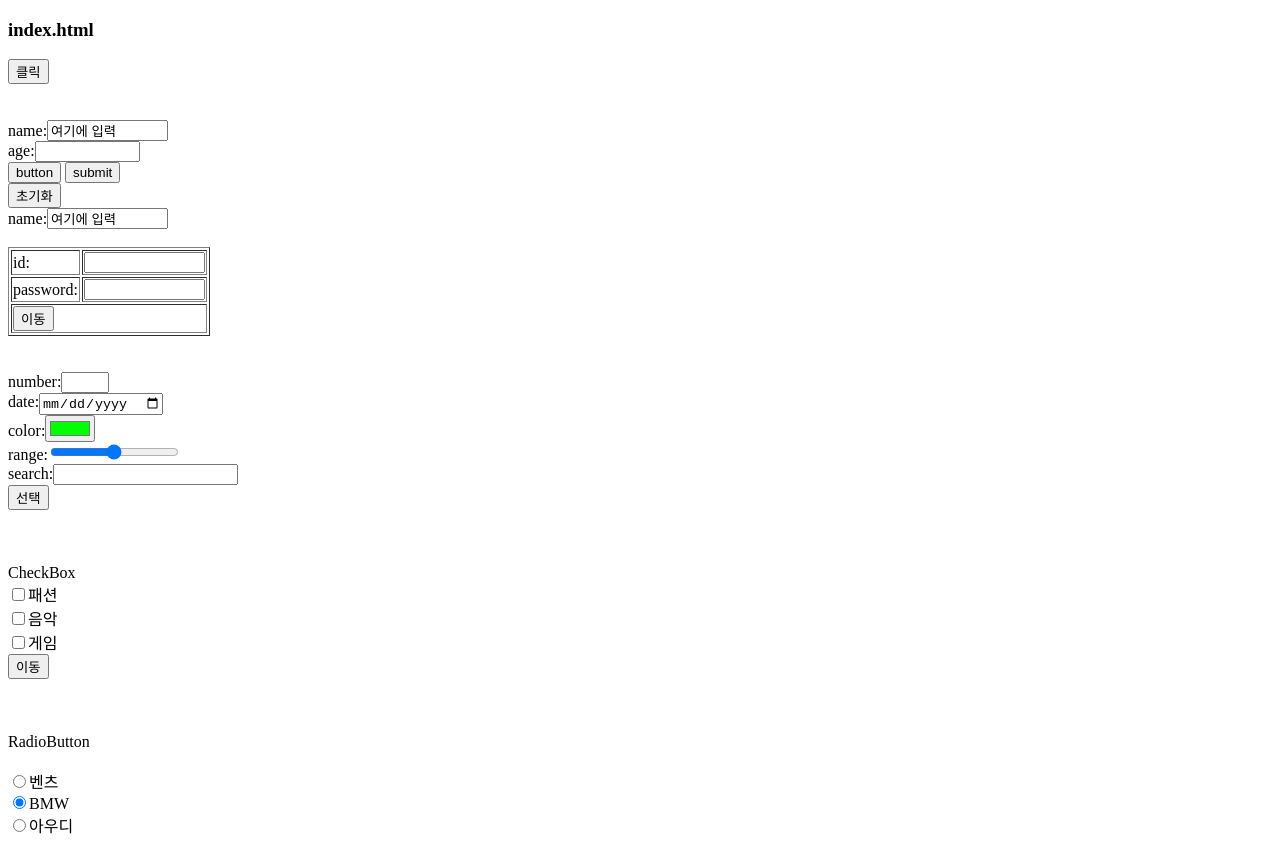
Repository: Jv2020/bitcamp
Page: html/sample04/WebContent/index.html
The author's editor kept a copy of each file at every save. The page is drawn from the files as they stood at one save, then again after the next save.
The browser window is 1280 px wide. The pictures show the whole page.

Above is the page before, as saved 2020-01-03 03:18:04.

### html/sample04/WebContent/index.html
<!DOCTYPE html>
<html>
<head>
<meta charset="UTF-8">
<title>Insert title here</title>
</head>
<body>

<!--
	link -> anchor <a href="이동하고 싶은 파일 또는 URL">표시문자열 이미지</a>
-->

<!--

form
event resource와 같이 많이 사용.
입력데이터 등을 전송할 수 있다.

	id		: # 현재 페이지에서 1개만 인식 (중복x), JacaScript(=JQery)
	class	: . 다중 인식. CSS()
	name	: link용. 값을 전송. 변수의 역할

-->


<!--

<form action="이동하고 싶은 파일 또는 주소 or 파일명"> submit
	입력 리소스
	<input type="submit" value="클릭">
</form>

-->
<h3>index.html</h3>
<form action="NewFile.html">
	<input type="submit" value="클릭">
</form>

<br><br>

<!--
	input : button(submit), checkbox, radio, textfield ...
-->
<form action="NewFile.html">
   name:<input type="text" value="여기에 입력" size="12">
   <br>
   age:<input type="text" value="" size="10">
   <br>
   <input type="submit" value="button">
   <input type="submit" value="submit">
   <br>
   <input type="reset" value="초기화">
</form>

name:<input type="text" value="여기에 입력" size="12">

<br><br>

<form action="NewFile.jsp">
	<table border="1">
		<tr>
			<td>id:</td>
			<td><input type="text" name="id" value="" size="12"></td>
		</tr>
		<tr>
			<td>password:</td>
			<td><input type = "password" name="pwd" size="12"></td>
		</tr>
		<tr>
			<td colspan="2"><input type="submit" value="이동"></td>
		</tr>
	</table>
</form>

<br><br>

<!-- html5 -->
<form action="">
	number:<input type="number" max="5" min="1">
	<br>
	date:<input type="date">
	<br>
	color:<input type="color" value="#00ff00">
	<br>
	range:<input type="range" max="10" min="0">
	<br>
	search:<input type="search">
	<br>
	<input type="submit" value="선택">
</form>

<br><br><br>

CheckBox
<form action:"NewFile2.jsp">
	<input type="checkbox" name="job" value="패션">패션<br>
	<input type="checkbox" name="job" value="음악">음악<br>
	<input type="checkbox" name="job" value="게임">게임<br>
	<input type="submit" value="이동">
</form>

<br><br><br>

RadioButton<br><br>
<input type="radio" name="car" value="벤츠">벤츠<br>
<input type="radio" name="car" value="BMW" checked>BMW<br>
<input type="radio" name="car" value="아우디">아우디

</body>
</html>

After the next save:
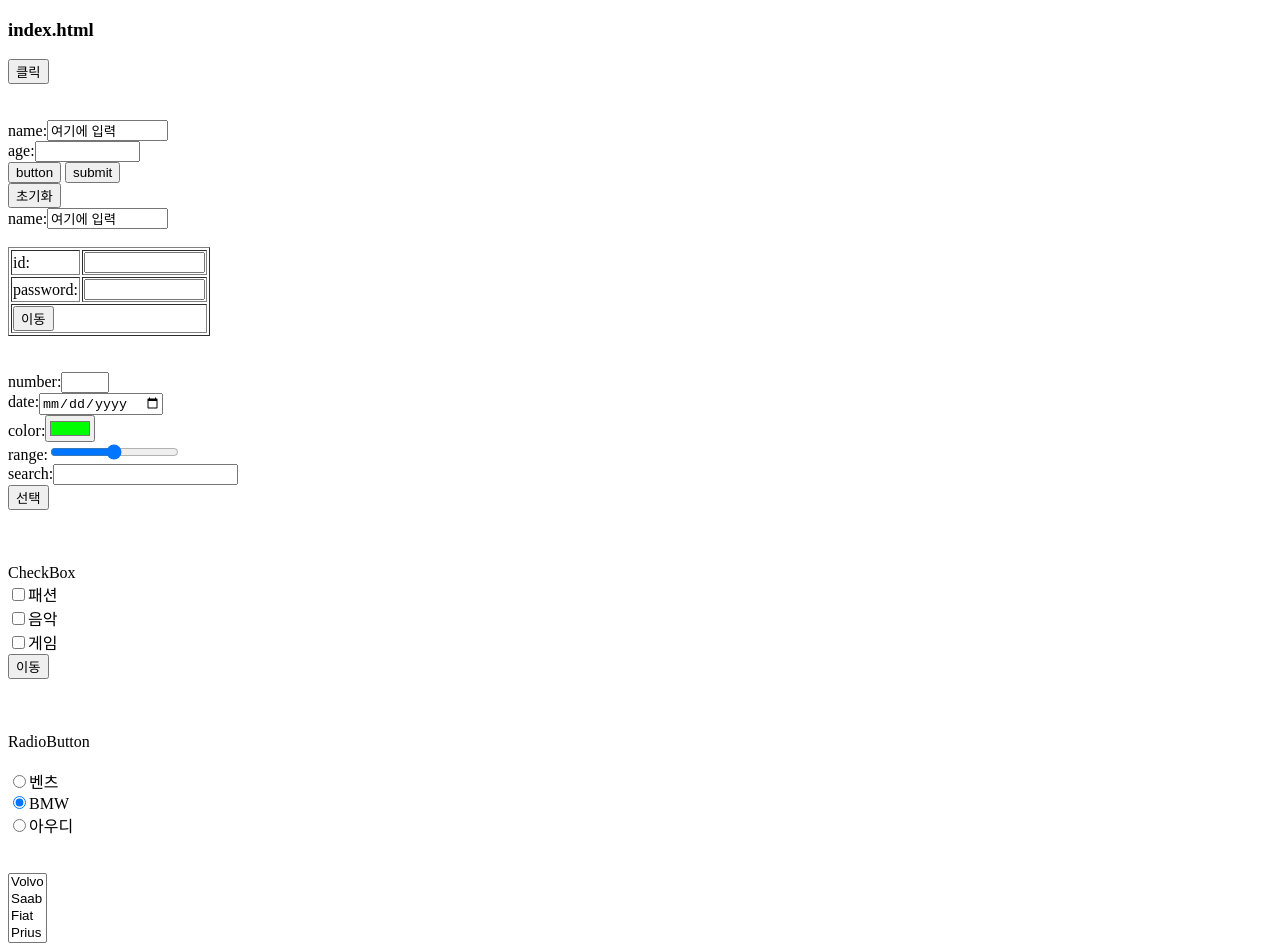
Saved 19 min 46 s later.
--- a/html/sample04/WebContent/index.html
+++ b/html/sample04/WebContent/index.html
@@ -106,5 +106,15 @@ RadioButton<br><br>
 <input type="radio" name="car" value="BMW" checked>BMW<br>
 <input type="radio" name="car" value="아우디">아우디
 
+<br><br><br>
+
+<!-- select == choice, combobox -->
+<select name="cars" multiple="mutiple">
+	<option value="볼보">Volvo</option>
+	<option value="사브">Saab</option>
+	<option value="피아트">Fiat</option>
+	<option value="프리우스">Prius</option>
+</select>
+
 </body>
 </html>
